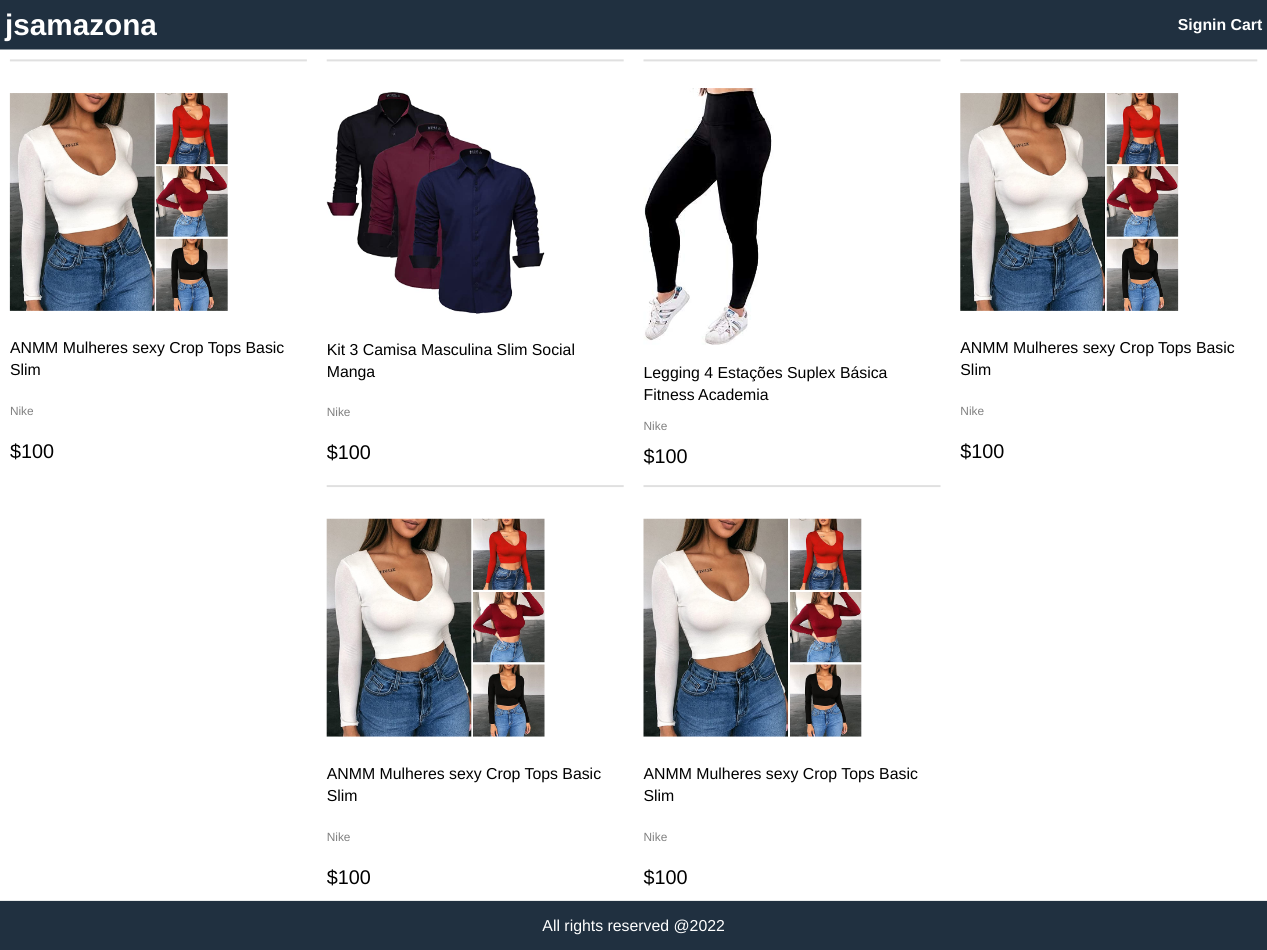
Repository: Mardoqueu/ecommerce-website
Page: jsamazona/frontend/src/index.html
An editor plug-in stored every save of this project. The page is shown before and after the next save, followed by the edit.
The browser window is 1280 px wide. The pictures show the whole page, at 99% of full size.

Above is the page before, as saved 2022-09-12 10:32:38.

### jsamazona/frontend/src/index.html
<!DOCTYPE html>
<html lang="en">
  <head>
    <meta charset="UTF-8" />
    <meta http-equiv="X-UA-Compatible" content="IE=edge" />
    <meta name="viewport" content="width=device-width, initial-scale=1.0" />
    <link rel="stylesheet" href="style.css" />
    <title>JS Amazona</title>
  </head>
  <body>
    <div class="grid-container">
      <header>
        <div class="brand">
          <a href="/#/">jsamazona</a>
        </div>
        <div>
          <a href="/#/signin">Signin</a>
          <a href="/#/cart">Cart</a>
        </div>
      </header>
      <main>
        <div>
          <ul class="products">
            <li>
              <div class="product">
                <a href="/#/products/1">
                  <img src="images/product-1.jpg" alt="product 1" />
                </a>
                <div class="product-name">
                  <a href="/#/products/1">
                    ANMM Mulheres sexy Crop Tops Basic Slim
                  </a>
                </div>
                <div class="product-brand">Nike</div>
                <div class="product-price">$100</div>
              </div>
            </li>
            <li>
              <div class="product">
                <a href="/#/products/1">
                  <img src="images/product-2.jpg" alt="product 1" />
                </a>
                <div class="product-name">
                  <a href="/#/products/1">
                    Kit 3 Camisa Masculina Slim Social Manga
                  </a>
                </div>
                <div class="product-brand">Nike</div>
                <div class="product-price">$100</div>
              </div>
            </li>
            <li>
              <div class="product">
                <a href="/#/products/1">
                  <img src="images/product-3.jpg" alt="product 1" />
                </a>
                <div class="product-name">
                  <a href="/#/products/1">
                    Legging 4 Estações Suplex Básica Fitness Academia
                  </a>
                </div>
                <div class="product-brand">Nike</div>
                <div class="product-price">$100</div>
              </div>
            </li>
            <li>
              <div class="product">
                <a href="/#/products/1">
                  <img src="images/product-1.jpg" alt="product 1" />
                </a>
                <div class="product-name">
                  <a href="/#/products/1">
                    ANMM Mulheres sexy Crop Tops Basic Slim
                  </a>
                </div>
                <div class="product-brand">Nike</div>
                <div class="product-price">$100</div>
              </div>
            </li>
            <li>
              <div class="product">
                <a href="/#/products/1">
                  <img src="images/product-1.jpg" alt="product 1" />
                </a>
                <div class="product-name">
                  <a href="/#/products/1">
                    ANMM Mulheres sexy Crop Tops Basic Slim
                  </a>
                </div>
                <div class="product-brand">Nike</div>
                <div class="product-price">$100</div>
              </div>
            </li>
            <li>
              <div class="product">
                <a href="/#/products/1">
                  <img src="images/product-1.jpg" alt="product 1" />
                </a>
                <div class="product-name">
                  <a href="/#/products/1">
                    ANMM Mulheres sexy Crop Tops Basic Slim
                  </a>
                </div>
                <div class="product-brand">Nike</div>
                <div class="product-price">$100</div>
              </div>
            </li>
          </ul>
        </div>
      </main>
      <footer>All rights reserved @2022</footer>
    </div>
  </body>
</html>

### jsamazona/frontend/src/style.css
* {
    box-sizing: border-box;
  }
  html {
    font-size: 62.5%; /* 16px * 62.5 = 10px = 1rem */
  }
  body {
    height: 100vh;
    font: 1.6rem Helvetica, Arial;
    margin: 0;
  }

  a {
    color: #000000;
    text-decoration: none;
  }
  a:hover {
    color: #f08040;
  }

  .grid-container {
    display: grid;
    grid-template-areas:
      'header'
      'main'
      'footer';
    grid-template-columns: 1fr;
    grid-template-rows: 5rem 1fr 5rem;
    height: 100%;
  }

  header {
    grid-area: header;
    background-color: #203040;
    color: #ffffff;
    display: flex;
    justify-content: space-between;
    align-items: center;
    padding: 0.5rem;
  }
  header a {
    color: #ffffff;
    font-weight: bold;
    text-decoration: none;
  }
  header a:hover {
    color: #f08040;
  }

  .brand a {
    font-size: 3rem;
  }

  footer {
    background-color: #203040;
    display: flex;
    justify-content: center;
    align-items: center;
    color: #ffffff;
  }

/* Products */
.products {
    display: flex;
    flex-wrap: wrap;
    list-style-type: none;
    padding: 0;
    margin: 0;
    justify-content: center;
  }

  .products li {
    flex: 0 1 30rem;
    margin: 1rem;
    margin-bottom: 0;
    height: 42rem;
    border-top: 0.2rem #e0e0e0 solid;
  }

  .product {
    display: flex;
    flex-direction: column;
    justify-content: space-around;
    height: 100%;
  }

  .product img {
    max-height: 26rem;
    max-width: 22rem;
    margin-top: 2rem;
  }

  .product-name {
    line-height: 2.2rem;
  }

  .product-brand {
    font-size: 1.2rem;
    color: #808080;
  }

  .product-price {
    font-size: 2rem;
  }
  .product-price span {
    font-size: 1.2rem;
  }

After the next save:
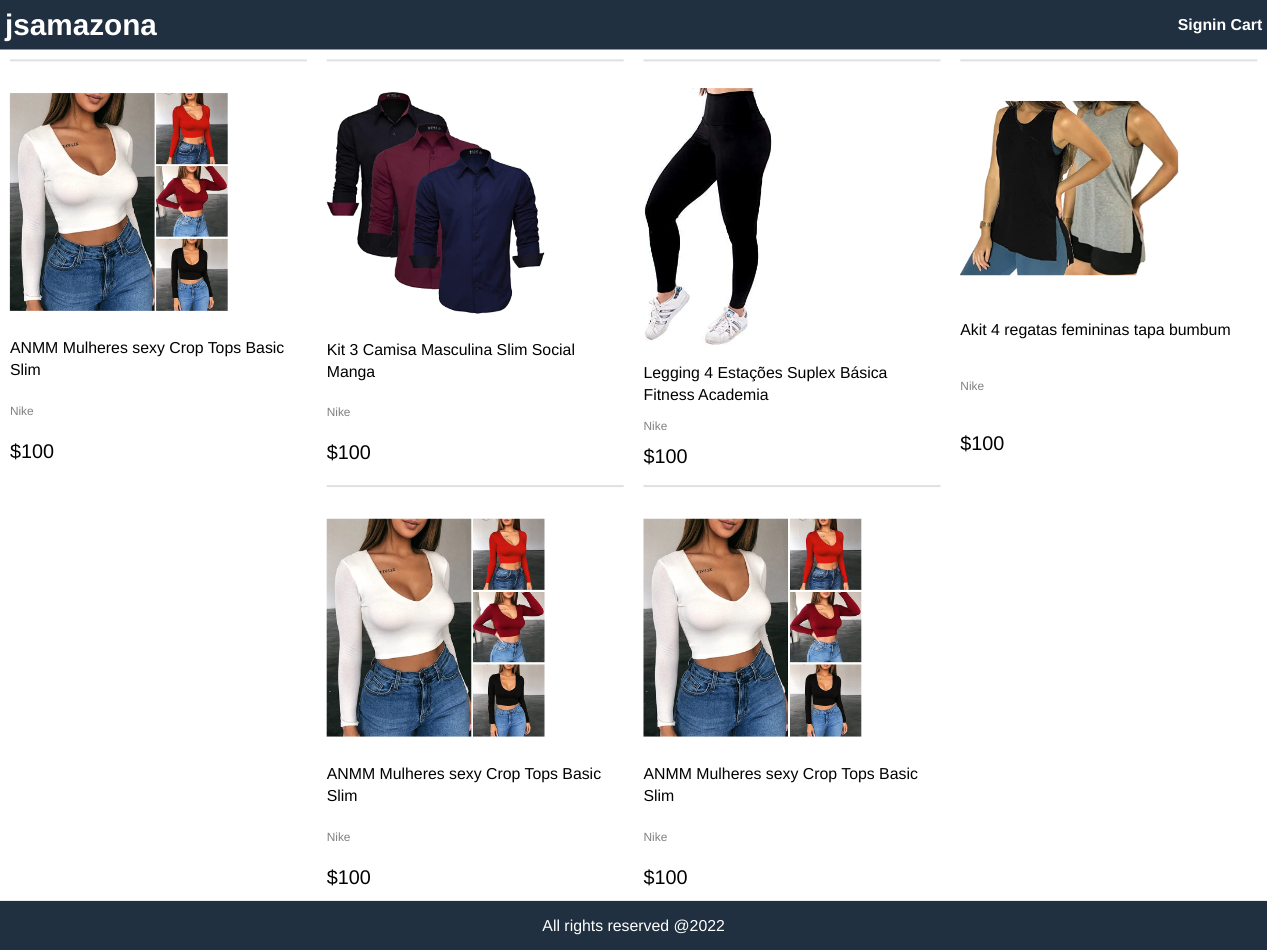
Saved 61 s later.
--- a/jsamazona/frontend/src/index.html
+++ b/jsamazona/frontend/src/index.html
@@ -66,11 +66,11 @@
             <li>
               <div class="product">
                 <a href="/#/products/1">
-                  <img src="images/product-1.jpg" alt="product 1" />
+                  <img src="images/product-4.jpg" alt="product 1" />
                 </a>
                 <div class="product-name">
                   <a href="/#/products/1">
-                    ANMM Mulheres sexy Crop Tops Basic Slim
+                    Akit 4 regatas femininas tapa bumbum
                   </a>
                 </div>
                 <div class="product-brand">Nike</div>
